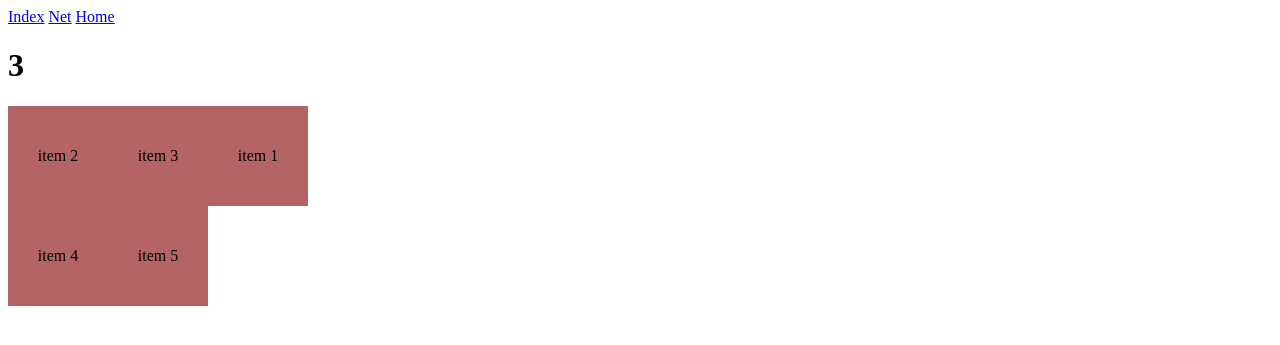
Repository: Nguyen-Toan-2004/du-an-test
Page: product.htm
The author's editor kept a copy of each file at every save. The page is drawn from the files as they stood at one save, then again after the next save.
The browser window is 1280 px wide. The pictures show the whole page.

Above is the page before, as saved 2025-10-22 19:29:29.

After the next save:
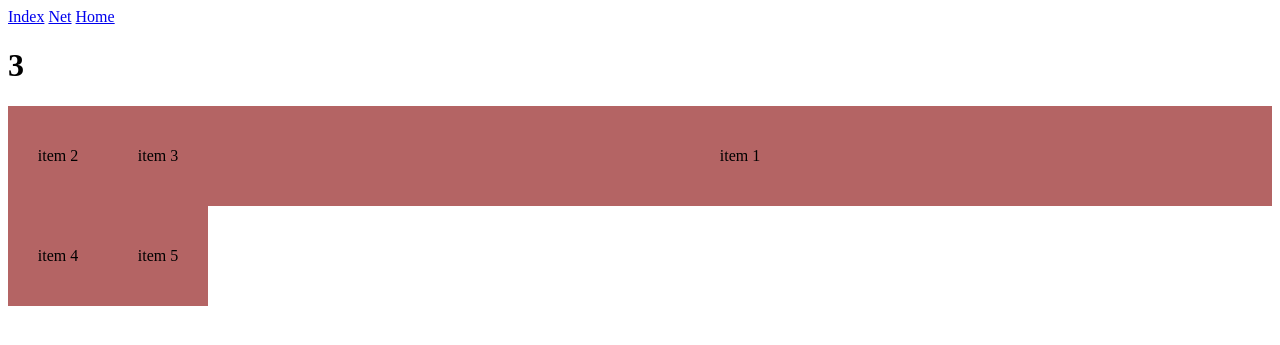
Saved 39 s later.
--- a/product.htm
+++ b/product.htm
@@ -13,7 +13,7 @@
     <style>
       .container {
         display: grid;
-        grid-template-columns: repeat(3, 100px);
+        grid-template-columns: repeat(2, 100px);
         grid-template-rows: repeat(3, 100px);
       }
       .box {
